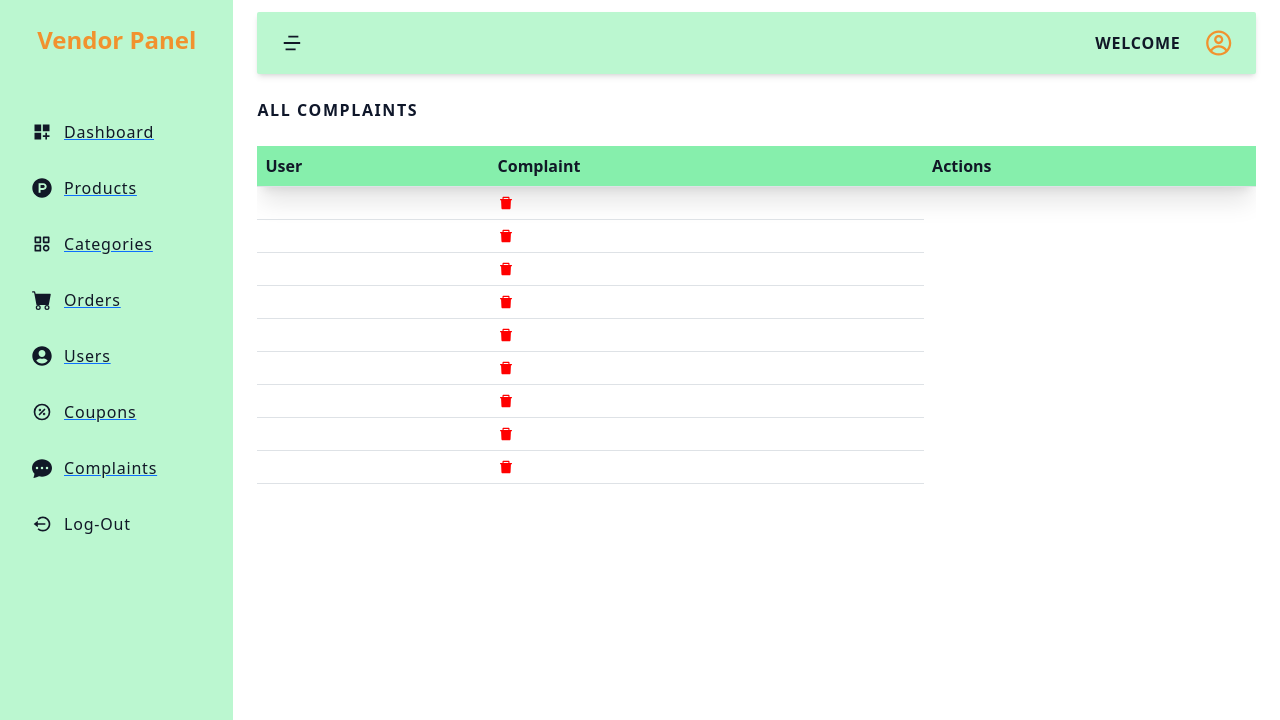
Repository: FlyweisReact/JitenderAdminPanel
Page: /chat
The author's editor kept a copy of each file at every save. The page is drawn from the files as they stood at one save, then again after the next save.
The browser window is 1280 px wide. The pictures show the whole page.
The project was rebuilt for these pictures with package versions that can differ from the ones it lists, and the page was loaded fresh each time. Also part of the build but not shown: src/components/forms/Login.jsx, src/components/pages/Dashboard.jsx, src/components/vendorPanel/components/layout/Navbar.jsx, src/components/vendorPanel/components/layout/Sidebar.jsx, src/components/vendorPanel/components/layout/HOC.jsx, src/components/vendorPanel/components/pages/Message/Message.js, src/components/pages/UserKundli/UserKundli.jsx, src/components/pages/discount/Discount.jsx and 18 more.

Above is the page before, as saved 2022-11-05 17:05:56.

After the next save:
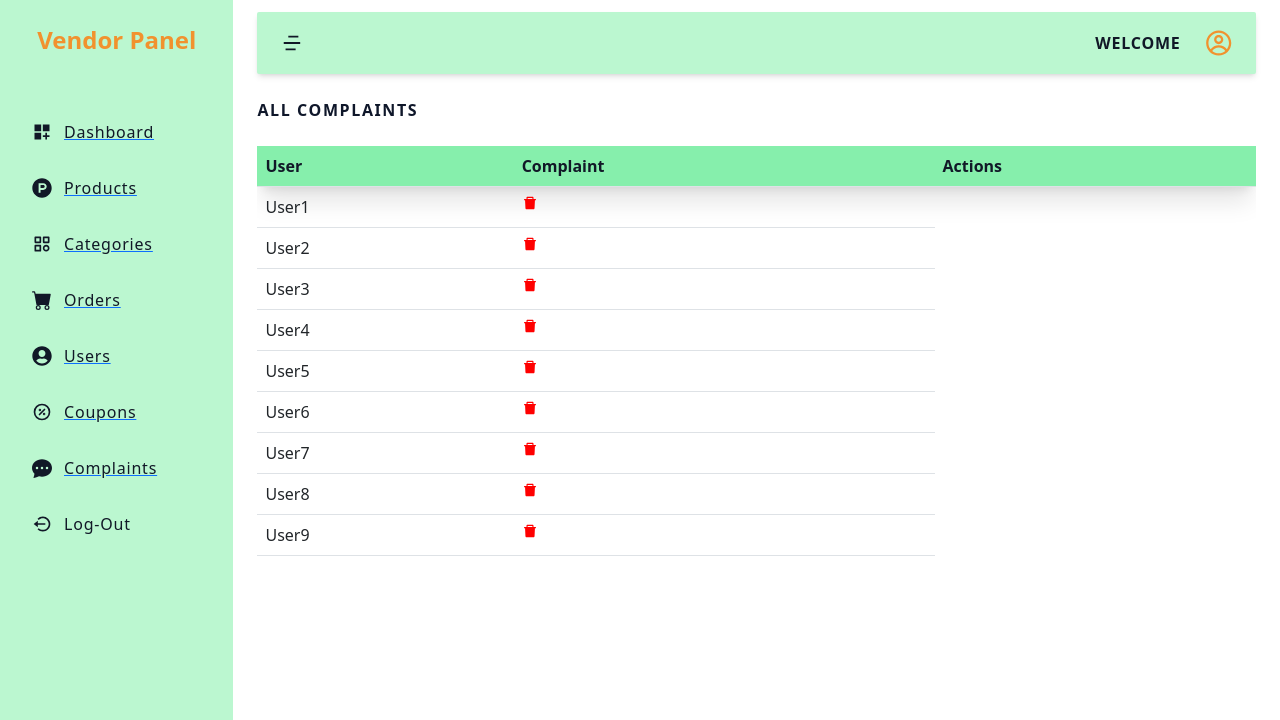
Saved 9 s later.
--- a/src/components/pages/reactChat/Chat.js
+++ b/src/components/pages/reactChat/Chat.js
@@ -76,7 +76,7 @@ const Chat = () => {
             <tbody>
               {products?.map((i, index) => (
                 <tr key={index} style={{ marginTop: "1%" }}>
-                  <td>{i.code} </td>
+                  <td>{i.user} </td>
 
                   <td>
                     <span style={{ display: "flex", gap: "5px" }}>
